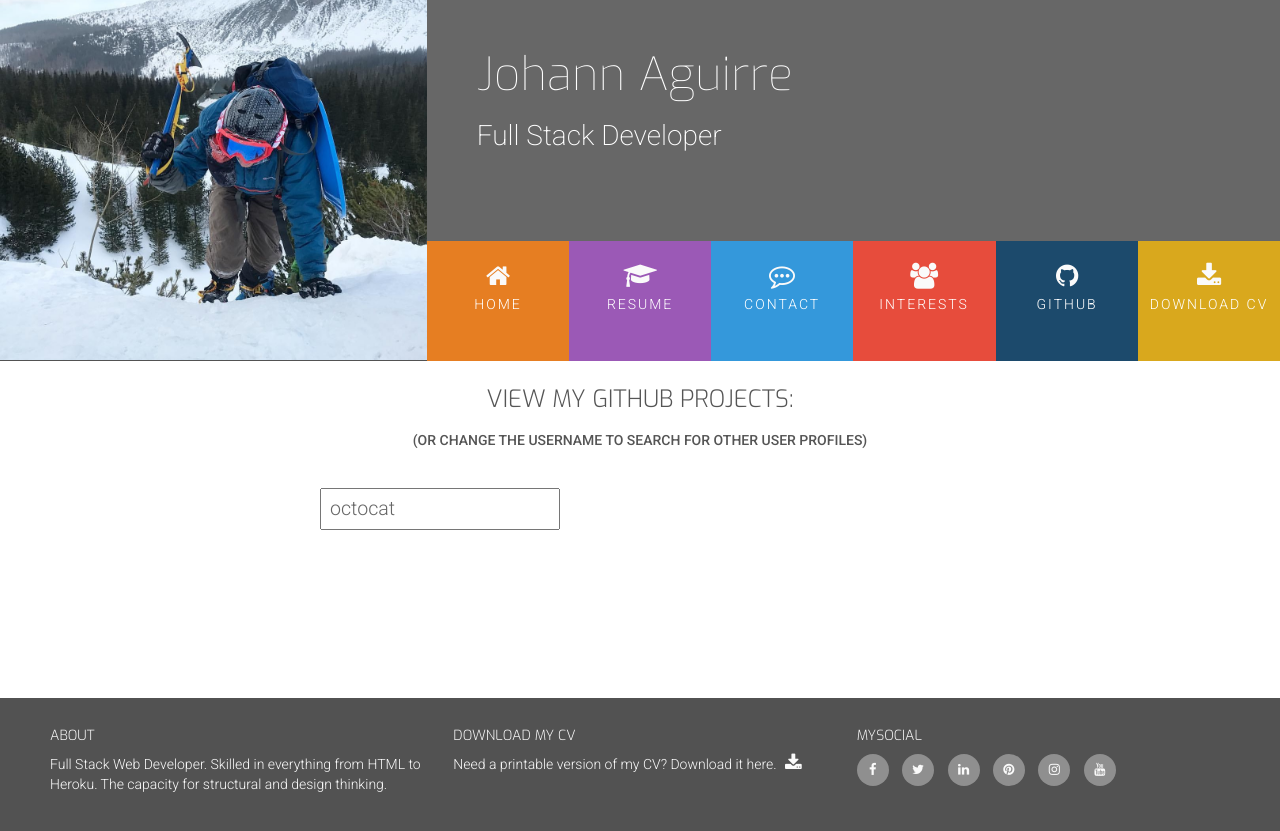
Repository: cachimiro/cv
Page: GoogleMaps-master/05-moving_the_code_into_its_own_script/github.html
The author's editor kept a record of every edit. The page is drawn from the files as they stood at one moment, then again after the next edit.
The browser window is 1280 px wide. The pictures show the whole page.
The page's requests for data from a server got no answer. Some web libraries are served in a nearby version.

Above is the page before.

### GoogleMaps-master/05-moving_the_code_into_its_own_script/github.html
<!DOCTYPE html>
<html lang="en-US">

<head>
    <meta charset="utf-8">
    <meta name="viewport" content="width=device-width, initial-scale=1">
    <title>Johann Aguirre</title>

    <link rel="stylesheet" href="https://maxcdn.bootstrapcdn.com/bootstrap/3.3.7/css/bootstrap.min.css" type="text/css" />
    <link rel="stylesheet" href="https://maxcdn.bootstrapcdn.com/font-awesome/4.7.0/css/font-awesome.min.css" type="text/css" />
    <link rel="stylesheet" href="https://cdnjs.cloudflare.com/ajax/libs/hover.css/2.1.1/css/hover-min.css" type="text/css" />
    <link rel="stylesheet" href="assets/css/github-styles.css" type="text/css">
    <link rel="stylesheet" href="assets/css/style.css" type="text/css" />

    <script src="https://ajax.googleapis.com/ajax/libs/jquery/3.2.1/jquery.min.js"></script>
    <script type="text/javascript" src="assets/js/github-information.js"></script>
</head>

<body>
    <header class="container-fluid">
        <div class="row">
            <a href="index.html">
                <div class="col-md-4 logo"></div>
            </a>
            <div class="col-md-8">
                <div class="row bg-color-name-title">
                    <div class="heading">
                        <h1 class="name">Johann Aguirre</h1>
                        <h2 class="title"> Full Stack Developer</h2>
                    </div>
                </div>
                <div class="row">
                    <ul id="nav" class="list-inline clearfix">
                        <li class="col-xs-6 col-sm-2 ui-menu-color-home menuitem">
                            <a href="index.html" class="hvr-sweep-to-bottom"><i class="fa fa-home" aria-hidden="true"></i><span>Home</span></a>
                        </li>
                        <li class="col-xs-6 col-sm-2 ui-menu-color-resume menuitem">
                            <a href="resume.html" class="hvr-sweep-to-bottom"><i class="fa fa-graduation-cap" aria-hidden="true"></i><span>Resume</span></a>
                        </li>
                        <li class="col-xs-6 col-sm-2 ui-menu-color-contact menuitem">
                            <a href="contact.html" class="hvr-sweep-to-bottom"><i class=" fa fa-commenting-o" aria-hidden="true"></i><span>Contact</span></a>
                        </li>
                        <li class="col-xs-6 col-sm-2 ui-menu-color-interests menuitem">
                            <a href="interests.html" class="hvr-sweep-to-bottom"><i class="fa fa-users" aria-hidden="true"></i><span>Interests</span></a>
                        </li>
                        <li class="col-xs-6 col-sm-2 ui-menu-color-github menuitem">
                            <a href="github.html" class="hvr-sweep-to-bottom"><i class="fa fa-github" aria-hidden="true"></i><span>GitHub</span></a>
                        </li>
                        <li class="col-xs-6 col-sm-2 ui-menu-color-download menuitem">
                            <a href="assets/cv/sample-cv.pdf" target="_blank" class="hvr-sweep-to-bottom"><i class="fa fa-download" aria-hidden="true"></i><span>Download CV</span></a>
                        </li>
                    </ul>
                </div>
            </div>
        </div>
    </header>
    <section class="container-fluid">
        <div class="row bg-color-contact">
            <div>
                <h3 class="contact-heading uppercase text-center">View My GitHub Projects:</h3>
                <h5 class="uppercase text-center">(or change the username to search for other user profiles)</h5>
            </div>

            <div class="center-form">
                <input type="text" id="gh-username" value="octocat" oninput="fetchGitHubInformation()">
                <div id="gh-user-data" class="clearfix"></div>
                <div id="gh-repo-data" class="clearfix"></div>
            </div>
        </div>
    </section>
    <footer class="container-fluid">
        <div id="footer-details" class="row">
            <div class="col-sm-4">
                <h5 class="uppercase general-sub">About</h5>
                <p class="inline-block">
                    Full Stack Web Developer. Skilled in everything from HTML to Heroku. The capacity for structural and design thinking.
                </p>
            </div>
            <div class="col-sm-4">
                <h5 class="uppercase general-sub">Download My CV</h5>
                <p class="inline-block">
                    Need a printable version of my CV? Download it here.
                    <a href="assets/cv/sample-cv.pdf" target="_blank" class="cv-pdf"><i class="fa fa-download" aria-hidden="true"></i></a>
                </p>
            </div>
            <div class="col-sm-4">
                <h5 class="uppercase general-sub">MySocial</h5>
                <ul class="list-inline social-links">
                    <li><a target="_blank" href="#"><i class="fa fa-facebook"></i></a></li>
                    <li><a target="_blank" href="#"><i class="fa fa-twitter"></i></a></li>
                    <li><a target="_blank" href="#"><i class="fa fa-linkedin"></i></a></li>
                    <li><a target="_blank" href="#"><i class="fa fa-pinterest"></i></a></li>
                    <li><a target="_blank" href="#"><i class="fa fa-instagram"></i></a></li>
                    <li><a target="_blank" href="#"><i class="fa fa-youtube"></i></a></li>
                </ul>
            </div>
        </div>
    </footer>
</body>

</html>

### GoogleMaps-master/05-moving_the_code_into_its_own_script/assets/css/github-styles.css
@import url('http://fonts.googleapis.com/css?family=Roboto');

br {
  display: block;
  line-height: 1.6em;
}



ol,
ul {
  list-style: none;
}

input,
textarea {
  -webkit-font-smoothing: antialiased;
  -webkit-text-size-adjust: 100%;
  -ms-text-size-adjust: 100%;
  -webkit-box-sizing: border-box;
  -moz-box-sizing: border-box;
  box-sizing: border-box;
  outline: none;
}

blockquote,
q {
  quotes: none;
}

blockquote:before,
blockquote:after,
q:before,
q:after {
  content: '';
  content: none;
}

strong,
b {
  font-weight: bold;
}

table {
  border-collapse: collapse;
  border-spacing: 0;
}

img {
  border: 0;
  max-width: 100%;
}



/* page structure */

#search-area {
  display: block;
  max-width: 70%;
  margin: 0 auto;
  background: #fff;
  padding: 15px 25px;
  -webkit-box-shadow: 1px 2px 3px -1px rgba(0, 0, 0, 0.4);
  -moz-box-shadow: 1px 2px 3px -1px rgba(0, 0, 0, 0.4);
  box-shadow: 1px 2px 3px -1px rgba(0, 0, 0, 0.4);
  -webkit-border-radius: 4px;
  -moz-border-radius: 4px;
  border-radius: 4px;
}

#gh-api-data {
  display: block;
  padding: 25px 0;
}

#loader {
  display: block;
  width: 200px;
  height: 200px;
  margin: 0 auto;
}


/* page content styles */

.small-name {
  font-size: 0.75em;
  color: #a9a9a9;
  font-style: italic;
}

.avi {
  float: left;
  margin-right: 7px;
  margin-bottom: 7px;
}

.avi img {
  border: 1px solid #ccc;
  padding: 3px;
}

.repo-list {
  display: block;
  clear: both;
  width: 100%;
}

.repo-list ul {
  font-size: 1.2em;
}

.repo-list ul li {
  display: block;
}

.repo-list ul li a {
  font-weight: bold;
  padding: 6px 9px;
  display: block;
  float: left;
  margin-right: 10px;
  margin-bottom: 10px;
  text-decoration: none;
  border: 1px solid #356492;
  -webkit-border-radius: 3px;
  -moz-border-radius: 3px;
  border-radius: 3px;
  color: #fff;
  background-color: #3673af;
  background-image: -webkit-gradient(linear, left top, left bottom, from(#5597d8), to(#3673af));
  background-image: -webkit-linear-gradient(top, #5597d8, #3673af);
  background-image: -moz-linear-gradient(top, #5597d8, #3673af);
  background-image: -ms-linear-gradient(top, #5597d8, #3673af);
  background-image: -o-linear-gradient(top, #5597d8, #3673af);
  background-image: linear-gradient(top, #5597d8, #3673af);
}

.repo-list ul li a:hover {
  background-color: #396895;
  background-image: -webkit-gradient(linear, left top, left bottom, from(#4b87c2), to(#396895));
  background-image: -webkit-linear-gradient(top, #4b87c2, #396895);
  background-image: -moz-linear-gradient(top, #4b87c2, #396895);
  background-image: -ms-linear-gradient(top, #4b87c2, #396895);
  background-image: -o-linear-gradient(top, #4b87c2, #396895);
  background-image: linear-gradient(top, #4b87c2, #396895);
}

.repo-list ul li a:active {
  -webkit-box-shadow: inset 0 3px 5px rgba(0, 0, 0, 0.25);
  -moz-box-shadow: inset 0 3px 5px rgba(0, 0, 0, 0.25);
  box-shadow: inset 0 3px 5px rgba(0, 0, 0, 0.25);
}

.repo-list ul li a span {
  font-family: "Courier New", Courier, "Lucida Typewriter", monospace;
  font-size: 0.9em;
}

/* input field */

#gh-username {
  display: block;
  padding: 5px 8px;
  font-size: 1.4em;
  color: #666;
  max-width: 550px;
  margin-bottom: 15px;
}

#gh-submit {
  display: inline-block;
  padding: 8px 18px;
  font-size: 14px;
  font-weight: bold;
  color: #444;
  text-decoration: none;
  text-shadow: 0 1px 0 rgba(255, 255, 255, 0.8);
  background-color: #eaeaea;
  background-image: -webkit-linear-gradient(#fafafa, #eaeaea);
  background-image: -moz-linear-gradient(#fafafa, #eaeaea);
  background-image: -ms-linear-gradient(top, #fafafa, #eaeaea);
  background-image: -o-linear-gradient(top, #fafafa, #eaeaea);
  background-image: linear-gradient(#fafafa, #eaeaea);
  border-radius: 3px;
  border: 1px solid #ddd;
  border-bottom-color: #c5c5c5;
  -webkit-box-shadow: 0 1px 3px rgba(0, 0, 0, 0.05);
  -moz-box-shadow: 0 1px 3px rgba(0, 0, 0, 0.05);
  box-shadow: 0 1px 3px rgba(0, 0, 0, 0.05);
}

#gh-submit:hover {
  background-color: #dadada;
  background-image: -webkit-linear-gradient(#eaeaea, #dadada);
  background-image: -moz-linear-gradient(#eaeaea, #dadada);
  background-image: -ms-linear-gradient(top, #eaeaea, #dadada);
  background-image: -o-linear-gradient(top, #eaeaea, #dadada);
  background-image: linear-gradient(#eaeaea, #dadada);
  border-color: #ccc #ccc #b5b5b5;
}

#gh-submit:active {
  background-color: #dadada;
  background-image: none;
  border-color: #b5b5b5;
  -webkit-box-shadow: inset 0 3px 5px rgba(0, 0, 0, 0.25);
  -moz-box-shadow: inset 0 3px 5px rgba(0, 0, 0, 0.25);
  box-shadow: inset 0 3px 5px rgba(0, 0, 0, 0.25);
}

### GoogleMaps-master/05-moving_the_code_into_its_own_script/assets/css/style.css
@import url('https://fonts.googleapis.com/css?family=Roboto:100,200,300,400,500,600,700|Exo:100,200,300,400,500,600,700');

/*--------------------------------------------Colors*/

.bg-color-name-title {
    background-color: #676767;
}

.bg-color-three-reasons {
    background-color: #ffffff;
}

.bg-color-personal-info {
    background-color: #f4f4f4;
}

.bg-color-skills {
    background-color: #ffffff;
}

.bg-color-work-history {
    background-color: #9b59b6;
}

.bg-color-contact {
    background-color: #ffffff;
}

.bg-color-conferences {
    background-color: #f4f4f4;
}

.bg-color-groups {
    background-color: #ffffff;
}

.ui-menu-color-home {
    background-color: #e67e22;
}

.ui-menu-color-resume {
    background-color: #9b59b6;
}

.ui-menu-color-contact {
    background-color: #3498db;
}

.ui-menu-color-download {
    background-color: #d9a81d;
}


.ui-menu-color-github {
    background-color: #1c4a6c;
}

.ui-menu-color-interests {
    background-color: #e74c3c;
}




body {
    font-family: Roboto, sans-serif;
    font-weight: 300;
    background-color: #525252;
    color: #555555;
}


/*--------------------------------------------Special Paddings/Margins/Text*/

h1,
h2,
h3,
h4 {
    margin: 0;
}

.uppercase {
    text-transform: uppercase;
}

.general-sub {
    font-family: "Exo", sans-serif;
    font-weight: 300;
    color: #fafafa;
}

.inline-block {
    display: inline-block;
}


.row-table {
    display: table;
}

.history-heading,
.section-heading {
    font-family: "Exo", sans-serif;
    font-weight: 300;
    margin-top: 25px;
    margin-bottom: 40px;
}


/*--------------------------------------------Heading*/

header {
    margin: 0;
}

.heading {
    margin-left: 50px;
}

.logo {
    background: url("../images/johann.jpg");
    background-position: center;
    background-repeat: no-repeat;
    background-size: cover;
    min-height: 360px;
    transition: all .5s ease-in-out;
    -moz-transition: all .5s ease-in-out;
    -webkit-transition: all .5s ease-in-out;
}

.name {
    font-family: "Exo", sans-serif;
    font-weight: 100;
    font-size: 46px;
    margin-top: 50px;
    color: #ffffff;
}

.title {
    font-family: "Roboto", sans-serif;
    font-weight: 200;
    font-size: 28px;
    margin-top: 20px;
    margin-bottom: 90px;
    color: #ffffff;
}

#nav {
    margin: 0;
}

#nav li {
    padding: 0;
}

.menuitem {
    height: 120px;
    text-align: center;
    padding: 0;
}

.menuitem a {
    width: 100%;
    text-decoration: none;
    color: #ffffff;
    height: 120px;
}


.menuitem a i {
    padding-top: 22px;
    display: block;
    color: #fafafa;
    font-size: 26px;
}

.menuitem span {
    display: block;
    width: 100%;
    padding-top: 5px;
    text-align: center;
    text-transform: uppercase;
    font-size: 14px;
    font-weight: 300;
    letter-spacing: 2px;
}


/*--------------------------------------------Hover.css*/

.hvr-sweep-to-bottom:before {
    background: rgba(0, 0, 0, 0.2);
    height: 120px;
}


/*--------------------------------------------Footer*/

footer {
    background-color: #525252;
    color: #fafafa;
    min-height: 120px;
    margin: 0;
}

footer .cv-pdf i {
    color: #fafafa;
    text-align: center;
    font-size: 18px;
    padding-left: 5px;
}

footer .cv-pdf i:hover {
    color: #e84610;
    transition: all 0.35s ease-in-out;
    -moz-transition: all 0.35s ease-in-out;
    -webkit-transition: all 0.35s ease-in-out;
    -o-transition: all 0.35s ease-in-out;
}

.social-links {
    padding-bottom: 15px;
}

.social-links li a i {
    width: 32px;
    height: 32px;
    padding: 12px 0;
    border-radius: 50%;
    font-size: 13px;
    line-height: 7px;
    text-align: center;
    color: #fafafa;
    background: #8f8f8f;
    transition: all 0.35s ease-in-out;
    -moz-transition: all 0.35s ease-in-out;
    -webkit-transition: all 0.35s ease-in-out;
    -o-transition: all 0.35s ease-in-out;
}

.social-links li a i:hover {
    background: #e84610;
}

#footer-details {
    margin: 20px;
}

/*--------------------------------------------Three Reasons*/

.three-reasons-icon {
    font-size: 26px;
    color: #e67e22;
}

.three-reasons-heading {
    margin-bottom: 15px;
}

/*--------------------------------------------Personal Info*/

.personal-info-item {
    margin-bottom: 20px;
    display: block;
    clear: both;
}

.personal-info-item .key,
.personal-info-item .value {
    padding-right: 8px;
}

.personal-info-item .key p,
.personal-info-item .value p {
    margin: 0;
}

.personal-info-item .key {
    display: inline-block;
    width: 30%;
    margin-right: 21px;
    padding-top: 2px;
    vertical-align: top;
}

.personal-info-item .key p {
    font-weight: 700;
}

.personal-info-item .value {
    display: inline-block;
    position: relative;
    width: 60%;
}

/*--------------------------------------------Skills*/

.progress {
    position: relative;
    height: 25px;
}

.progress-type {
    position: absolute;
    left: 0px;
    font-weight: 400;
    padding: 3px 30px 2px 10px;
    color: #fafafa;
    background-color: rgba(25, 25, 25, 0.2);
}


.progress-section {
    margin: 40px 20px;
}


/*--------------------------------------------Work History*/

.timeline-item {
    padding: 4em 2em 0em 2em;
    position: relative;
    color: #fafafa;
    border-left: 1px solid;
}

.timeline-item p {
    padding: 0;
    margin: 0;
}

.timeline-item::before {
    content: attr(data-dates);
    position: absolute;
    left: 2.5em;
    top: 3em;
    display: block;
    font-family: "Exo", sans-serif;
    font-weight: 500;
    font-size: .8em;
    padding: 0;
    margin: 0;
}

.timeline-item::after {
    width: 12px;
    height: 12px;
    display: block;
    top: 2.4em;
    position: absolute;
    left: -6px;
    border-radius: 12px;
    content: '';
    background: #fafafa;
}

.history-heading {
    color: #fafafa;
    margin-bottom: 50px;
}

.history-items {
    margin-bottom: 30px;
}


/*--------------------------------------------Map*/

div#map {
    min-height: 360px;
}


/*--------------------------------------------Contact*/

.contact-heading {
    font-family: "Exo", sans-serif;
    font-weight: 300;
    margin-top: 25px;
    margin-bottom: 20px;
}


.center-form {
    padding-top: 10px;
    margin: 0 auto;
    max-width: 70%;
}

button[type="submit"] {
    margin-top: 15px;
    margin-bottom: 20px;
    background-color: #e84610;
    color: #fafafa;
}

/*--------------------------------------------Media Queries*/

@media(min-width: 992px) {
    .section-column {
        padding: 0 30px 30px;
        float: none;
        display: table-cell;
    }

    .center-form {
        padding-top: 30px;
        min-height: 240px;
        margin: 0 auto;
        max-width: 50%;
    }
}

### GoogleMaps-master/05-moving_the_code_into_its_own_script/assets/js/github-information.js
function userInformationHTML(user) {
    return `
        <h2>${user.name}
            <span class="small-name">
                (@<a href="${user.html_url}" target="_blank">${user.login}</a>)
            </span>
        </h2>
        <div class="gh-content">
            <div class="gh-avatar">
                <a href="${user.html_url}" target="_blank">
                    <img src="${user.avatar_url}" width="80" height="80" alt="${user.login}" />
                </a>
            </div>
            <p>Followers: ${user.followers} - Following ${user.following} <br> Repos: ${user.public_repos}</p>
        </div>`;
}

function repoInformationHTML(repos) {
    if (repos.length == 0) {
        return `<div class="clearfix repo-list">No repos!</div>`;
    }

    var listItemsHTML = repos.map(function(repo) {
        return `<li>
                    <a href="${repo.html_url}" target="_blank">${repo.name}</a>
                </li>`;
    });

    return `<div class="clearfix repo-list">
                <p>
                    <strong>Repo List:</strong>
                </p>
                <ul>
                    ${listItemsHTML.join("\n")}
                </ul>
            </div>`;
}

function fetchGitHubInformation(event) {
    $("#gh-user-data").html("");
     $("#gh-repo-data").html("");
    var username = $("#gh-username").val();
    if (!username) {
        $("#gh-user-data").html(`<h2>Please enter a GitHub username</h2>`);
        return;
    }

    $("#gh-user-data").html(
        `<div id="loader">
            <img src="assets/css/loader.gif" alt="loading..." />
        </div>`);

    $.when(
        $.getJSON(`https://api.github.com/users/${username}`),
        $.getJSON(`https://api.github.com/users/${username}/repos`)
    ).then(
        function(firstResponse, secondResponse) {
            var userData = firstResponse[0];
            var repoData = secondResponse[0];
            $("#gh-user-data").html(userInformationHTML(userData));
            $("#gh-repo-data").html(repoInformationHTML(repoData));
        },
        function(errorResponse) {
            if (errorResponse.status === 404) {
                $("#gh-user-data").html(
                    `<h2>No info found for user ${username}</h2>`);
            } else {
                console.log(errorResponse);
                $("#gh-user-data").html(
                    `<h2>Error: ${errorResponse.responseJSON.message}</h2>`);
            }
        });
}

After the next edit:
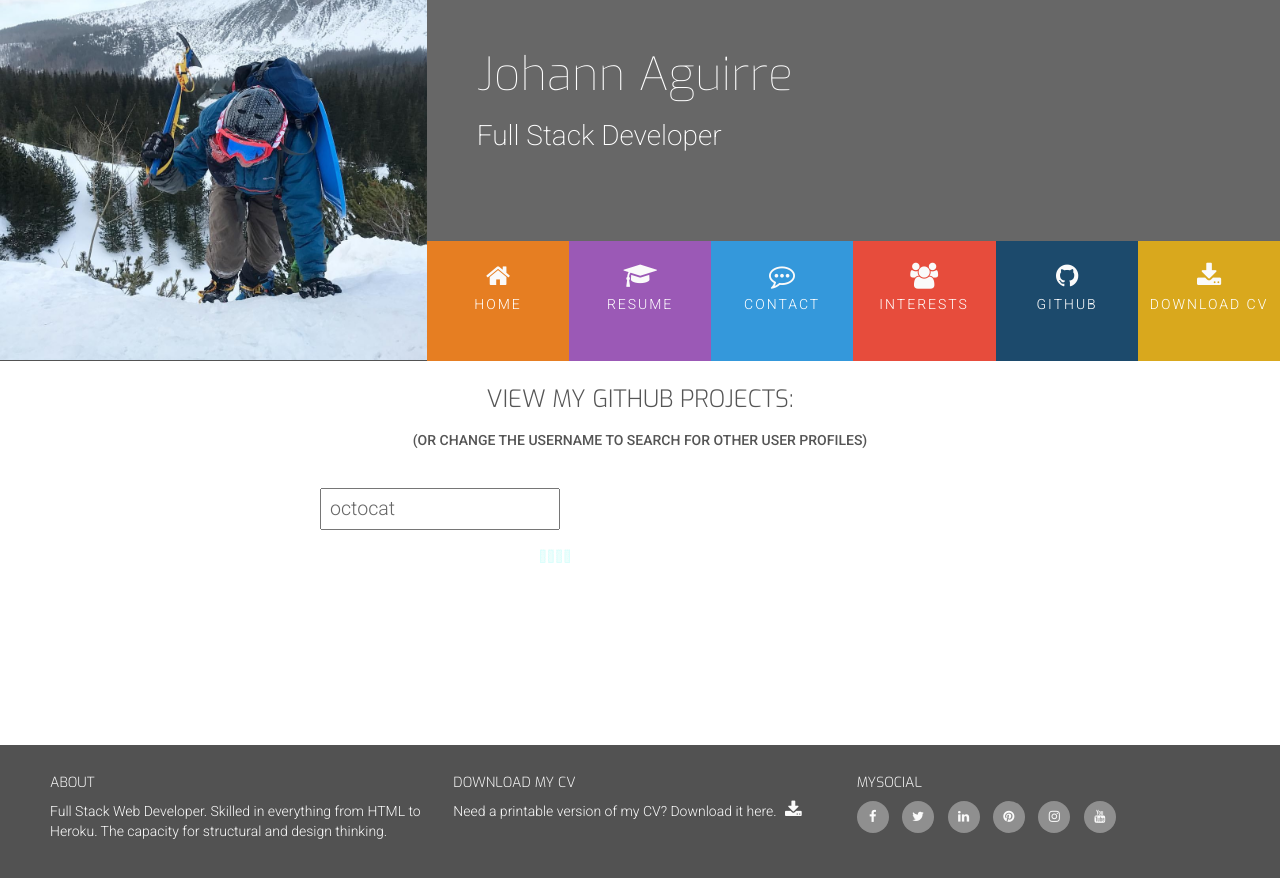
The edit:
--- a/GoogleMaps-master/05-moving_the_code_into_its_own_script/assets/js/github-information.js
+++ b/GoogleMaps-master/05-moving_the_code_into_its_own_script/assets/js/github-information.js
@@ -71,3 +71,5 @@ function fetchGitHubInformation(event) {
             }
         });
 }
+
+$(document).ready(fetchGitHubInformation);
